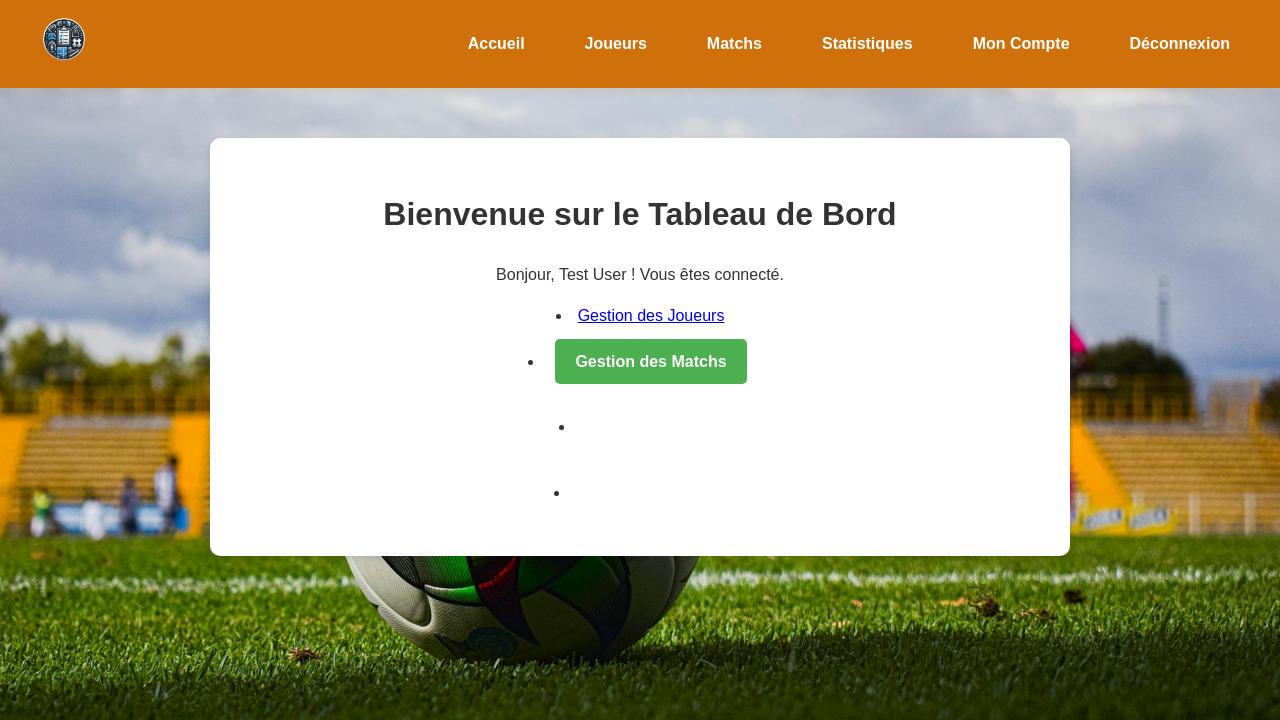
Repository: iisloomx/R401_MiniProjet
Page: http://localhost/MiniprojetR3.01/views/dashboard.php
An editor plug-in stored every save of this project. The page is shown before and after the next save, followed by the edit.
The browser window is 1280 px wide. The pictures show the whole page.
The page is run by PHP 8.4 with error messages shown; the project is at /var/www/html/. The session is filled in as if someone had signed in: {"id_utilisateur": 1, "utilisateur": "Test User"}. Other server files are loaded and not shown.

Above is the page before, as saved 2025-01-19 04:30:04.

### views/dashboard.php
<?php
session_start(); // Démarrez la session au début du fichier

if (!isset($_SESSION['utilisateur'])) {
    header("Location: connexion.php");
    exit();
}

include 'header.php';
?>

<!DOCTYPE html>
<html lang="fr">

<head>
    <meta charset="UTF-8">
    <title>Tableau de Bord</title>
    <link rel="stylesheet" href="css/style.css">
</head>

<body>
    <div class="table-container">
        <div class="dashboard-container">
            <h1>Bienvenue sur le Tableau de Bord</h1>
            <?php if (isset($_SESSION['utilisateur'])) : ?>
                <p>Bonjour, <?= htmlspecialchars($_SESSION['utilisateur']); ?> ! Vous êtes connecté.</p>
            <?php else : ?>
                <p>Erreur : Utilisateur non connecté.</p>
            <?php endif; ?>


                    <li><a href="../controllers/JoueursController.php?action=liste">Gestion des Joueurs</a></li>
                    <li><a href="../controllers/MatchsController.php?action=liste" class="btn btn-gestmatch">Gestion des Matchs</a></li>
                    <li><a href="../controllers/StatistiquesController.php?action=index" class="btn btn-stat">Statistiques</a></li> <!-- Nouveau bouton -->
                    <li><a href="../controllers/DeconnexionController.php" class="btn btn-deco">Déconnexion</a></li>

        </div>
    </div>
</body>

</html>

<?php include 'footer.php'; ?>

### views/header.php
<!DOCTYPE html>
<html lang="fr">
<head>
    <meta charset="UTF-8">
    <title>Tableau de Bord</title>
    <link rel="stylesheet" href="/MiniprojetR3.01/views/css/style.css">

</head>
<body>
    <header class="main-header">
        <div class="logo">
            <a href="/MiniprojetR3.01/views/dashboard.php"><img src="../img/logo.PNG" alt="Logo" /></a>
        </div>

        <nav class="nav-links">
            <a href="/MiniprojetR3.01/views/dashboard.php">Accueil</a>
            <?php if (isset($_SESSION['utilisateur'])) : ?>

                    <a href="../controllers/JoueursController.php?action=liste">Joueurs</a>
                    <a href="../controllers/MatchsController.php?action=liste  ">Matchs</a>
                    <a href="../controllers/StatistiquesController.php?action=index">Statistiques</a>

                <a href="/MiniprojetR3.01/views/mon_compte.php" class="btn-account">Mon Compte</a>
                <a href="/MiniprojetR3.01/controllers/DeconnexionController.php" class="btn-logout">Déconnexion</a>
            <?php endif; ?>
        </nav>
    </header>
</body>
</html>

### views/css/style.css
/* Global Styles */
body {
    background: url('../img/BGROUND.jpg') no-repeat center center fixed;
    background-size: cover;
    font-family: Arial, sans-serif;
    margin: 0;
    padding: 0;
    line-height: 1.6;
    color: #333;
}

/* Header Styles */
.main-header {
    display: flex;
    align-items: center;
    justify-content: space-between;
    background-color: #cf700b;
    padding: 15px 30px;
    color: #fff;
    box-shadow: 0 4px 8px rgba(216, 117, 12, 0.1);
    position: sticky;
    top: 0;
    z-index: 1000;
}

.dropdown {
    position: relative;
    display: inline-block;
}

.dropdown-content {
    display: none;
    position: absolute;
    background-color: #f9f9f9;
    min-width: 160px;
    box-shadow: 0px 8px 16px 0px rgba(0,0,0,0.2);
    z-index: 1;
}

.dropdown-content a {
    color: black;
    padding: 12px 16px;
    text-decoration: none;
    display: block;
}



.logo img {
    height: 50px;
}

.nav-links {
    display: flex;
    align-items: center;
}

.nav-links a {
    color: #fff;
    text-decoration: none;
    font-weight: bold;
    margin-left: 20px;
    padding: 10px 20px;
    border-radius: 5px;
    transition: background-color 0.3s ease, color 0.3s ease, transform 0.2s ease;
}

.nav-links a:hover {
    background-color: #f4a261;
    color: #333;
    transform: scale(1.05);
}

.table-container {
    max-width: 800px;
    margin: 50px auto;
    background-color: #fff;
    padding: 30px;
    border-radius: 10px;
    box-shadow: 0 4px 8px rgba(0,0,0,0.1);
    text-align: center;
}

/* Container Styles */
.container {
    max-width: 800px;
    margin: 50px auto;
    padding: 30px;
    background-color: #fff;
    border-radius: 10px;
    box-shadow: 0 4px 8px rgba(0, 0, 0, 0.1);
    text-align: center;
}

/* Page Titles */
.container h1 {
    font-size: 32px;
    color: #333;
    margin-bottom: 20px;
}

/* --- AJOUT : Style du bouton "Ajouter un Match" --- */
.btn-add-match {
    display: inline-block;
    background-color: #4CAF50;
    color: #fff;
    font-weight: bold;
    text-decoration: none;
    padding: 10px 20px;
    border-radius: 5px;
    margin: 0 auto 20px auto;
    transition: background-color 0.3s ease, transform 0.2s ease;
}

.btn-add-match:hover {
    background-color: #45a049;
    transform: scale(1.05);
}

/* Pour forcer la couleur même si lien "visité" */
.btn-add-match:visited {
    color: #fff;
}

/* Forms */
form {
    width: 100%;
    max-width: 500px;
    margin: 0 auto;
    text-align: left;
}

form label {
    font-size: 16px;
    font-weight: bold;
    color: #555;
    display: block;
    margin-bottom: 5px;
}

form input[type="text"],
form input[type="number"],
form input[type="date"],
form input[type="password"],
form select {
    width: 100%;
    padding: 10px;
    margin-bottom: 20px;
    border: 1px solid #ccc;
    border-radius: 5px;
    font-size: 16px;
    transition: border-color 0.3s ease, box-shadow 0.3s ease;
}

form input[type="text"]:focus,
form input[type="number"]:focus,
form input[type="date"]:focus,
form input[type="password"]:focus {
    border-color: #4CAF50;
    box-shadow: 0 0 8px rgba(76, 175, 80, 0.5);
    outline: none;
}

form button {
    width: 100%;
    padding: 15px;
    background-color: #4CAF50;
    border: none;
    border-radius: 5px;
    color: white;
    font-size: 18px;
    font-weight: bold;
    cursor: pointer;
    transition: background-color 0.3s ease, transform 0.2s ease;
}

form button:hover {
    background-color: #45a049;
    transform: scale(1.05);
}


/* Table Styles */
.styled-table {
    width: 100%;
    border-collapse: collapse;
    margin-top: 20px;
    font-size: 16px;
    text-align: left; /* Changed from center to left */
    table-layout: fixed; /* Added to fix table layout */
}

.styled-table th,
.styled-table td {
    padding: 15px;
    border: 1px solid #ddd;
    word-wrap: break-word;
    white-space: normal;
}

.styled-table th {
    background-color: #f4a261;
    color: white;
    font-weight: bold;
}

.styled-table tr:nth-child(even) {
    background-color: #f9f9f9;
}

.styled-table tr:hover {
    background-color: #f1f1f1;
}

/* Links in Table */
.styled-table a {
    text-decoration: none;
    font-weight: bold;
    color: #fff;
    padding: 5px 10px;
    border-radius: 5px;
    transition: background-color 0.3s ease, color 0.3s ease, transform 0.2s ease;
}

.styled-table a:hover {
    background-color: #4CAF50;
    color: white;
    transform: scale(1.05);
}

/* Buttons for Add/Edit/Delete */
.btn {
    display: inline-block;
    padding: 10px 20px;
    font-size: 16px;
    font-weight: bold;
    color: white;
    text-decoration: none;
    border-radius: 5px;
    margin: 10px 5px;
    transition: background-color 0.3s ease, transform 0.2s ease;
}

.btn:hover {
    transform: scale(1.05);
}

.btn-add {
    background-color: #4CAF50; /* Green */
}

.btn-add:hover {
    background-color: #45a049;
}

.btn-add-commentaire {
    background-color: #4CAF50; /* Green */
}

.btn-add-commentaire:hover {
    background-color: #45a049;
}

.btn-add-joueur, .btn-gestmatch, .btn-gestjou, .btngest-match {
    background-color: #4CAF50; /* Green */
}

.btn-add-joueur:hover {
    background-color: #45a049;

.btn-feuille {
    background-color: #d6d65b; /* Green */
}

.btn-feuille:hover {
    background-color: #b2b24e; /* Green */
}

.btn-edit {
    background-color: #3498db; /* Blue */
}

.btn-edit:hover {
    background-color: #2980b9;
}

.btn-delete, .btn-deco {
    background-color: #e74c3c; /* Red */
}

.btn-delete:hover, .btn-deco:hover {
    background-color: #c0392b;
}

.btn-back {
    background-color: #9b59b6; /* Purple */
}

.btn-back:hover {
    background-color: #8e44ad;
}


/* Footer Styles */
.main-footer {
    display: flex;
    align-items: center;
    justify-content: center;
    background-color: #cf700b;
    padding: 15px 30px;
    color: #fff;
    height: 60px;
    margin-top: 50px;
}

/* Footer Links */
.footer-links a {
    color: #fff;
    text-decoration: none;
    font-weight: bold;
}

.footer-links a:hover {
    text-decoration: underline;
}

/* Form Error Message */
.error-message {
    color: red;
    font-size: 16px;
    margin-bottom: 15px;
    text-align: center;
}

/* Responsive Styles */
@media (max-width: 600px) {
    .container {
        width: 90%;
        margin: 20px auto;
        padding: 20px;
    }

    .styled-table {
        font-size: 14px;
    }

    form input,
    form button {
        font-size: 14px;
    }
}

/* Link to Create Account */
.create-account-link {
    color: #4CAF50;
    font-weight: bold;
    text-decoration: none;
    margin-top: 20px;
    display: inline-block;
    transition: color 0.3s ease, transform 0.2s ease;
}

.create-account-link:hover {
    color: #45a049;
    text-decoration: underline;
    transform: scale(1.05);
}

.create-account-container {
    text-align: center;
    margin-top: 20px;
    font-size: 16px;
    color: #333;
}

.form-container h2 {
    font-size: 28px;
    margin-bottom: 20px;
    color: #333;
    text-align: center;
}

/* Dashboard Container */
.dashboard-container {
    text-align: center;
    margin-top: 50px;
    padding: 30px;
    background-color: #fff;
    border-radius: 10px;
    box-shadow: 0 4px 8px rgba(0, 0, 0, 0.1);
    max-width: 600px;
    margin-left: auto;
    margin-right: auto;
}

/* Dashboard Title */
.dashboard-container h1 {
    font-size: 32px;
    color: #333;
    margin-bottom: 20px;
}

/* Dashboard Paragraph */
.dashboard-container p {
    font-size: 18px;
    color: #555;
    margin-bottom: 30px;
}

/* Navigation Links */
.dashboard-container nav ul {
    list-style: none;
    padding: 0;
    margin: 0;
}

.dashboard-container nav ul li {
    margin: 10px 0;
}

.dashboard-container nav ul li a {
    display: inline-block;
    font-size: 18px;
    font-weight: bold;
    text-decoration: none;
    color: #fff;
    background-color: #4CAF50;
    padding: 10px 20px;
    border-radius: 5px;
    transition: background-color 0.3s ease, transform 0.2s ease;
}

.dashboard-container nav ul li a:hover {
    background-color: #45a049;
    transform: scale(1.05);
}

/* Déconnexion Button */
.dashboard-container nav ul li a.deconnexion {
    background-color: #e74c3c;
}

.dashboard-container nav ul li a.deconnexion:hover {
    background-color: #c0392b;
}

/* Styles pour les boutons radio et leurs labels */
.radio-group {
    display: flex;
    flex-wrap: wrap;
    gap: 10px;
    margin-top: 10px;
}

.radio-group label {
    display: inline-flex;
    align-items: center;
    font-size: 16px;
    color: #555;
    cursor: pointer;
    margin-right: 15px;
}

.radio-group input[type="radio"] {
    margin-right: 5px;
    cursor: pointer;
    width: 16px;
    height: 16px;
    vertical-align: middle;
}

.error-message {
    color: red;
    font-size: 14px;
    margin-top: 10px;
}

.success-message {
    color: green;
    font-size: 14px;
    margin-top: 10px;
}

.no-data {
    color: #555;
    font-size: 16px;
    margin-top: 20px;
}

}

Loaded but not shown: views/footer.php (common file)

After the next save:
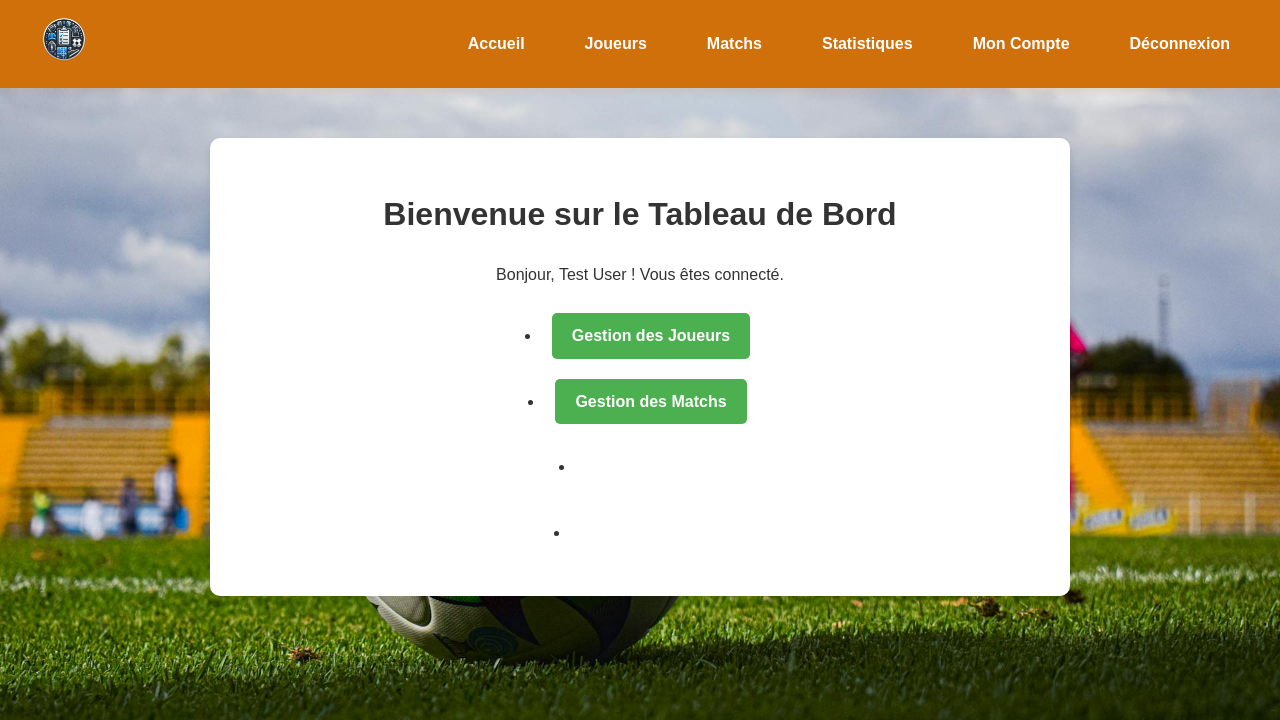
Saved 6 s later.
--- a/views/dashboard.php
+++ b/views/dashboard.php
@@ -29,7 +29,7 @@ include 'header.php';
             <?php endif; ?>
 
 
-                    <li><a href="../controllers/JoueursController.php?action=liste">Gestion des Joueurs</a></li>
+                    <li><a href="../controllers/JoueursController.php?action=liste" class="btn btn-gestmatch">Gestion des Joueurs</a></li>
                     <li><a href="../controllers/MatchsController.php?action=liste" class="btn btn-gestmatch">Gestion des Matchs</a></li>
                     <li><a href="../controllers/StatistiquesController.php?action=index" class="btn btn-stat">Statistiques</a></li> <!-- Nouveau bouton -->
                     <li><a href="../controllers/DeconnexionController.php" class="btn btn-deco">Déconnexion</a></li>
